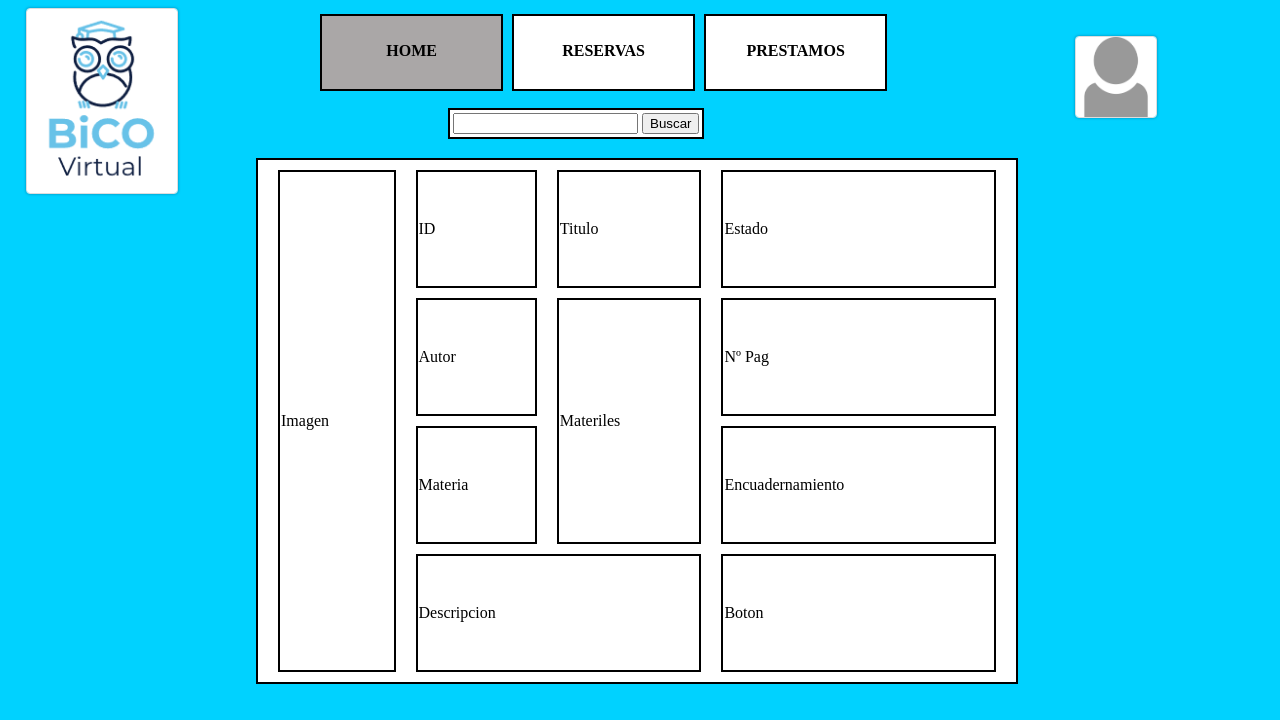
Repository: i72frpeu/IW_Bien
Page: http://localhost/Trabajo_IW/Vistas/Libro.jsp
The author's editor kept a copy of each file at every save. The page is drawn from the files as they stood at one save, then again after the next save.
The browser window is 1280 px wide. The pictures show the whole page.
The page is served by Tomcat 9. Other server files are loaded and not shown.

Above is the page before, as saved 2020-05-16 18:08:32.

### WorkSpace/Trabajo IW/WebContent/Vistas/Libro.jsp
<%@ page language="java" contentType="text/html; charset=ISO-8859-1" pageEncoding="ISO-8859-1"%>
<%@ include file="../Includes/header.jsp" %>

<!DOCTYPE html>

<html>

<head>
	<meta charset="ISO-8859-1">
	<title>Libro</title>
	<link rel="stylesheet" type="text/css" href="../CSS/header.css">
	<link rel="stylesheet" type="text/css" href="../CSS/wf4.0.css">
</head>

<body>
  <!--Roll de artículos-->

  <div class="buscador">
  	<form>
  		<table>
  		<tr>
  		<td><input type="text" name="buscar" required></td>
  		<td><input type="submit" value="Buscar"></td>
  		</tr>
  		</table>
  	</form>
  </div>

  <div class="div_home">
	<table class = "tablalibro">
		<tr>
			<td class = "tdlibro" rowspan = 4> Imagen </td> <td class = "tdlibro"> ID </td> <td class = "tdlibro"> Titulo </td> <td class = "tdlibro"> Estado </td>
		</tr>
		<tr>
			<td class = "tdlibro" > Autor </td> <td class = "tdlibro" rowspan = 2> Materiles </td> <td class = "tdlibro"> Nº Pag </td>
		</tr>
		<tr>
			<td class = "tdlibro"> Materia </td> <td class = "tdlibro"> Encuadernamiento </td>
		</tr>
		<tr>
			<td class = "tdlibro" colspan = 2> Descripcion </td> <td class = "tdlibro"> Boton </td>
		</tr>
	</table>
  </div>

</body>

</html>

### WorkSpace/Trabajo IW/WebContent/Includes/header.jsp
<!DOCTYPE html>
<html>

<head>
	<meta charset="ISO-8859-1">
</head>

<body>
  <header class="main-header">
    <!--Definimos el logo-->
    <img src="../img/logo.PNG" alt="LOGO" class="logo_home">
    <!--Enlace a HOME-->
	<a href="" class="link_home"><strong>HOME</strong></a>
    <!--Enlace a AMIGOS-->
    <a href="" class="link_amigos"><strong>RESERVAS</strong></a>
    <!--Enlace a BUSCADOR-->
    <a href="" class="link_buscador"><strong>PRESTAMOS</strong></a>
    <!--Definimos imagen usuario-->
    <div>
      <img src="../img/profile-42914_960_720.png" alt="IMG_USER" class="img_user">
      <div class="options_user">
        <form>
        </form>
      </div>
    </div>
  </header>
 </body>
 </html>

### WorkSpace/Trabajo IW/WebContent/CSS/header.css
body
{
	background-color: rgb(0,210,255);
}


/*153x100 pixeles*/
.logo_home
{
	position: fixed;
	left: 2%;
	width: 150px;
	margin-right: 5%;
	border: 1px solid #ddd;
  	border-radius: 4px;
  	box-shadow: 0 0 2px 1px rgba(0, 140, 186, 0.5);
}

.img_user
{
	position: fixed;
	left: 82%;
	top: 5%;
	width: 80px;
	height: 80px;
	margin-left: 2%;
	border: 1px solid #ddd;
  	border-radius: 4px;
  	box-shadow: 0 0 2px 1px rgba(0, 140, 186, 0.5);
}
.options_user
{
	position: fixed;
	top: 18%;
	left: 84%;
}


.link_home
{
	background-color: white;
	border: 2px solid black;
	color: black;
	text-decoration: none;
	padding: 2%;
	left: 25%;
	top:2%;
	width: 10%;
	height: 3%;
	text-align: center;
	position: fixed;
}

.link_amigos
{
	background-color: white;
	border: 2px solid black;
	color: black;
	text-decoration: none;
	padding: 2%;
	left: 40%;
	top:2%;
	width: 10%;
	height: 3%;
	text-align: center;
	position: fixed;
}

.link_buscador
{
	background-color: white;
	border: 2px solid black;
	color: black;
	text-decoration: none;
	padding: 2%;
	left: 55%;
	top:2%;
	width: 10%;
	height: 3%;
	text-align: center;
	position: fixed;
}

.link_foro
{
	background-color: white;
	border: 2px solid black;
	color: black;
	text-decoration: none;
	padding: 2%;
	left: 65%;
	top:2%;
	width: 10%;
	height: 3%;
	text-align: center;
	position: fixed;
}

div.div_lista_amigos
{
	background-color: white;
	border: 2px solid black;
	position: fixed;
	left: 2%;
	top: 40%;
	width: 10%;
	height: 45%;
	padding: 2%;
	overflow: auto;
}

.boton_cir
{
	border-radius: 200px 200px 200px 200px;
	-moz-border-radius: 200px 200px 200px 200px;
	-webkit-border-radius: 200px 200px 200px 200px;
	left: 85%;
	top: 75%;
	width: 100px;
	height: 100px;
	font-size: 80px;
	position: fixed;
	border: 0;
	color: white;
	background-color: rgb(0, 46, 255);
	box-shadow: 0 4px 8px 0 rgba(0, 0, 0, 0.2), 0 6px 20px 0 rgba(0, 0, 0, 0.19);
 }

a.sobre
{
	position: fixed;
	left: 30%;
	top: 96%;
}

a.tecnico
{
	position: fixed;
	left: 60%;
	top: 96%;
}

.div_home
{
	background-color: white;
	border: 2px solid black;
	position: fixed;
	left: 20%;
	right: 20.5%;
	top:22%;
	bottom: 5%;
	color: black;
	overflow: auto;
}

.img_user_2
{
	top: 5px;
	left: 5px;
	height: 50px;
	width: 50px;
	border: 1px solid #ddd;
  	border-radius: 4px;
}
table.uno
{
	border: 2px solid black;
	border-spacing: 20px 10px;

	width: 100%;

}

table.dos
{
	border: 2px solid white;
	border-spacing: 10px;
	width: 100%;

}
.td_user_des
{
	border: 2px solid black;
	width: 100%;
}

.buscador
{
	position: relative;
	top: 2%;
	left: 15%;

}
.q_buscador
{
	width: 60%;
}

### WorkSpace/Trabajo IW/WebContent/CSS/wf4.0.css
.link_home
{
	background-color: rgb(170, 167, 167);
}

div.buscador
{
	background-color: white;
	border: 2px solid black;
	position: fixed;
	top: 15%;
	left: 35%;
}

table.tablalibro
{
	width: 100%;
	border: 2px;
	border-spacing: 20px 10px;
	height: 100%;
}

.tdlibro
{
	border: 2px solid black;
}

After the next save:
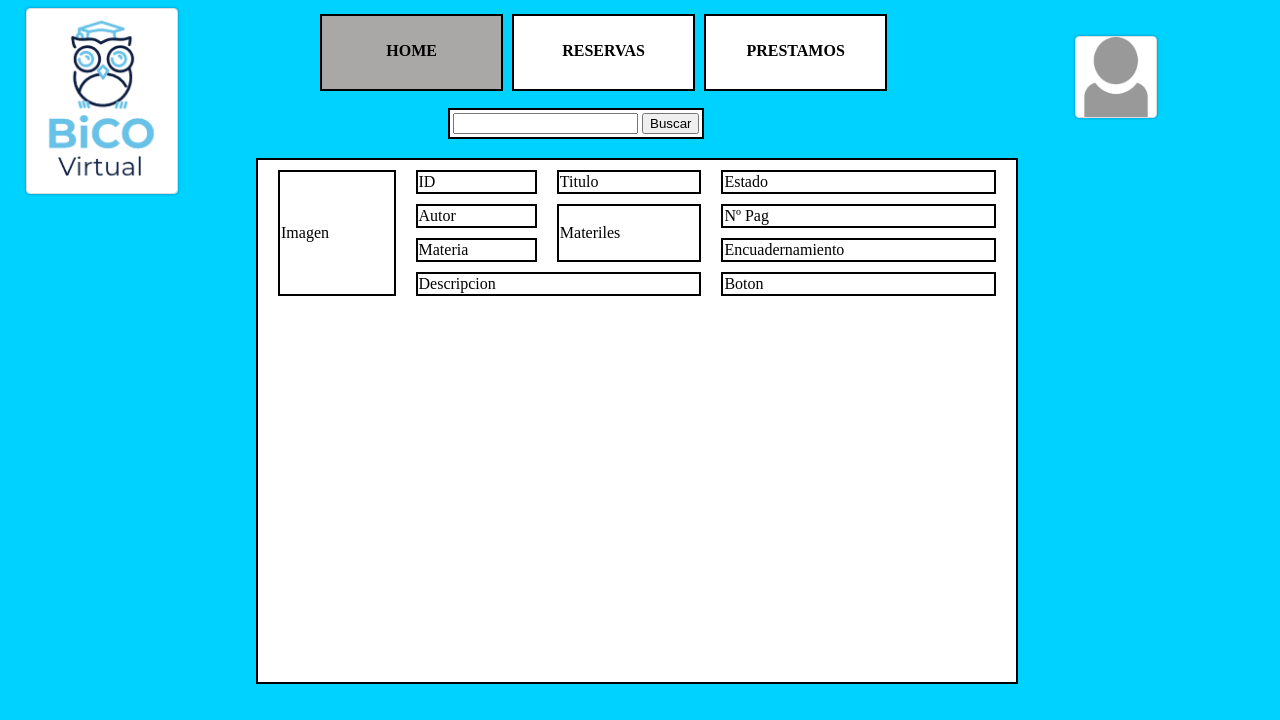
Saved 108 s later.
--- a/WorkSpace/Trabajo IW/WebContent/Vistas/Libro.jsp
+++ b/WorkSpace/Trabajo IW/WebContent/Vistas/Libro.jsp
@@ -27,7 +27,8 @@
   </div>
 
   <div class="div_home">
-	<table class = "tablalibro">
+  	<form>
+  		<table class = "tablalibro">
 		<tr>
 			<td class = "tdlibro" rowspan = 4> Imagen </td> <td class = "tdlibro"> ID </td> <td class = "tdlibro"> Titulo </td> <td class = "tdlibro"> Estado </td>
 		</tr>
@@ -41,6 +42,7 @@
 			<td class = "tdlibro" colspan = 2> Descripcion </td> <td class = "tdlibro"> Boton </td>
 		</tr>
 	</table>
+  	</form>
   </div>
 
 </body>

After the 5 saves that followed:
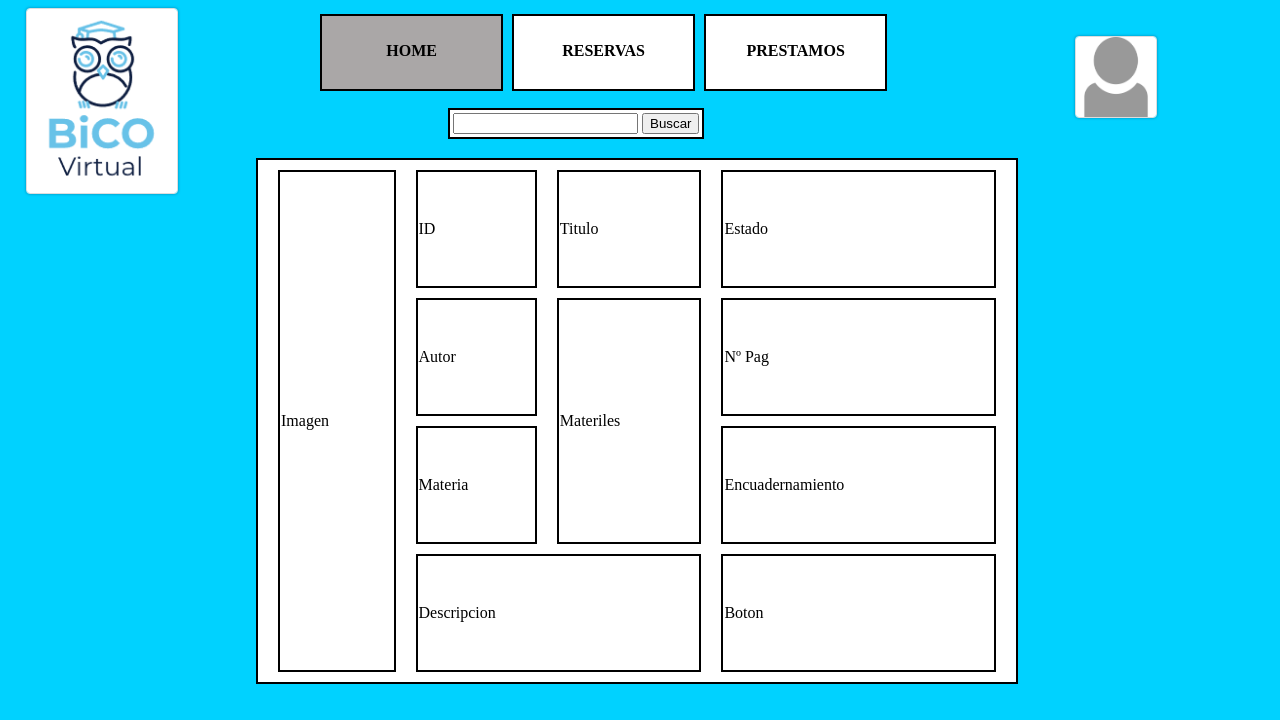
The 5 saves are shown as one change because 4 left the picture as it was.
The last was saved 89 s later.
--- a/WorkSpace/Trabajo IW/WebContent/Vistas/Libro.jsp
+++ b/WorkSpace/Trabajo IW/WebContent/Vistas/Libro.jsp
@@ -26,8 +26,8 @@
   	</form>
   </div>
 
+	<form class = "100">
   <div class="div_home">
-  	<form>
   		<table class = "tablalibro">
 		<tr>
 			<td class = "tdlibro" rowspan = 4> Imagen </td> <td class = "tdlibro"> ID </td> <td class = "tdlibro"> Titulo </td> <td class = "tdlibro"> Estado </td>
